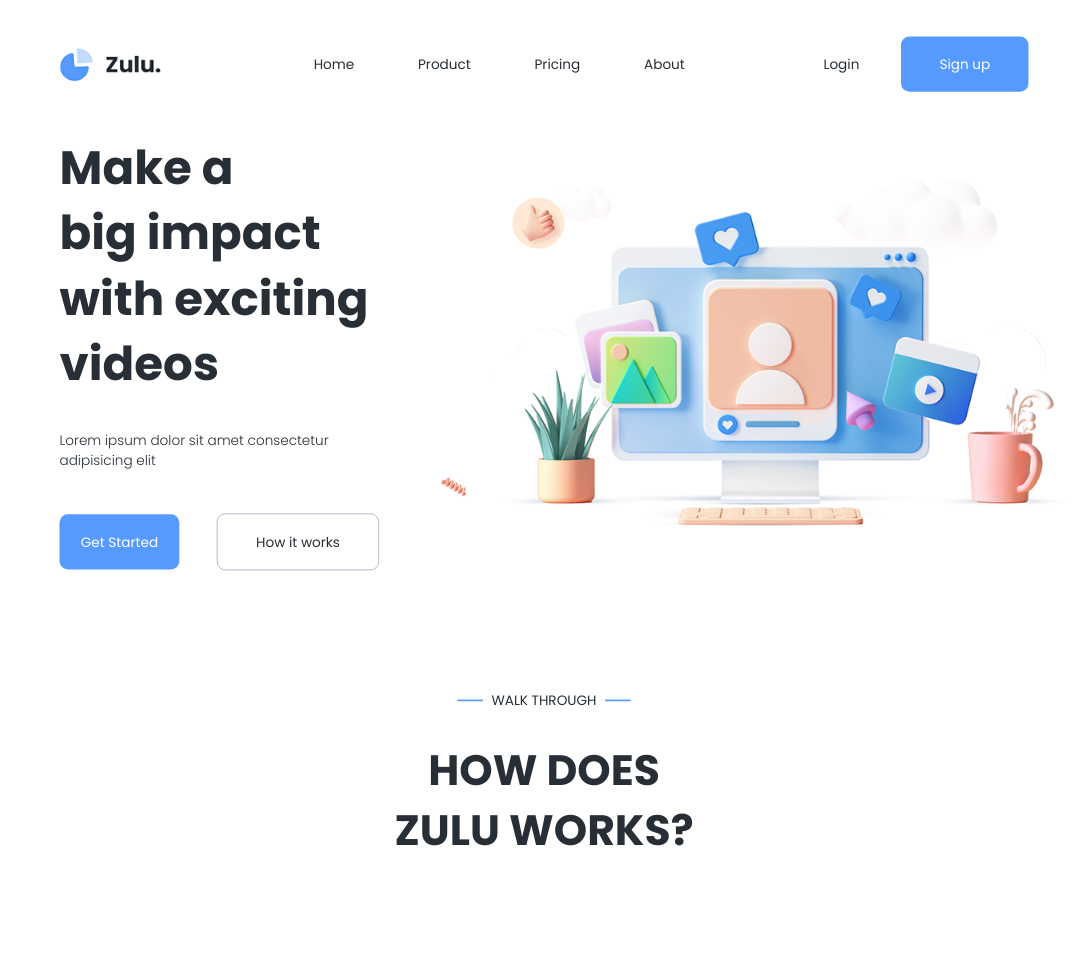
Repository: baodien1405/zulu-landing-page
Page: index.html
These files come from the project's save history. The page is drawn as it stood at one moment and after the next save; the edit follows.
The browser window is 1280 px wide. The pictures show the whole page, at 85% of full size.
The style sheet was rebuilt from its Sass, Less or Tailwind sources for each picture, by a compiler version that may differ from the author's.

Above is the page before, as saved 2021-06-22 16:40:53.

### index.html
<!DOCTYPE html>
<html lang="en">
<head>
  <meta charset="UTF-8">
  <meta http-equiv="X-UA-Compatible" content="IE=edge">
  <meta name="viewport" content="width=device-width, initial-scale=1.0">
  <link rel="preconnect" href="https://fonts.gstatic.com">
  <link href="https://fonts.googleapis.com/css2?family=Poppins:wght@300;400;600;700&display=swap" rel="stylesheet">
  <link rel="stylesheet" href="./styles.css">
  <title>Zulu</title>
</head>
<body>
  <div class="wrapper">
    <div class="container">
      <!-- Header -->
      <header class="header">
        <a href="index.html" class="header-logo">
          <img src="/images/logo.png" alt="" class="header-logo-image">
        </a>
        <ul class="header-menu">
          <li class="header-menu-item">
            <a href="#" class="header-menu-link">Home</a>
          </li>
          <li class="header-menu-item">
            <a href="#" class="header-menu-link">Product</a>
          </li>
          <li class="header-menu-item">
            <a href="#" class="header-menu-link">Pricing</a>
          </li>
          <li class="header-menu-item">
            <a href="#" class="header-menu-link">About</a>
          </li>
        </ul>
        <div class="header-auth">
          <a href="#" class="button">Login</a>
          <a href="#" class="button button--primary">Sign up</a>
        </div>
      </header>

      <!-- Banner -->
      <section class="banner">
        <div class="banner-info">
          <h1 class="banner-heading">
            <span>Make a</span> <span>big impact</span> <span>with exciting</span> <span>videos</span>
          </h1>
          <p class="banner-desc">
            Lorem ipsum dolor sit amet consectetur adipisicing elit
          </p>
          <div class="banner-links">
            <a href="#" class="button button--primary">Get Started</a>
            <a href="#" class="button button--outline">How it works</a>
          </div>
        </div>
        <img src="./images/img1.png" alt="" class="banner-image">
      </section>

      <!-- Work  -->
      <section class="work">
        <div class="block">
          <span class="block-caption">Walk Through</span>
          <h2 class="block-heading"><span>How does</span> <span>Zulu works?</span></h2>
        </div>
        <div class="work-list">
          <div class="work-item">
            <img src="" alt="" class="work-image">
          </div>
        </div>
      </section>
    </div>
  </div>
</body>
</html>

### styles.scss
@import "variables";
@import "global";
@import "header";
@import "banner";
@import "work";

### _variables.scss
$gray-dark: #272e35;
$gray-blur: #a5b2c3;
$primary-color: #579aff;

### _global.scss
* {
  margin: 0;
  padding: 0;
  box-sizing: border-box;
}

body {
  overflow-x: hidden;
  color: $gray-dark;
}

img {
  display: block;
  max-width: 100%;
}

a {
  text-decoration: none;
}

body {
  font-family: "Poppins", sans-serif;
  font-size: 16px;
  line-height: 1;
  background-color: #fff;
}

.wrapper {
  max-width: 1440px;
  margin: 0 auto;
}

.container {
  max-width: 1170px;
  padding: 0 15px;
  margin: 0 auto;
}

.button {
  display: inline-block;
  font-size: 16px;
  padding: 20px 45px;
  color: $gray-dark;
  background-color: transparent;
  border-radius: 10px;
  line-height: normal;
  &--primary {
    color: #fff;
    background-color: $primary-color;
  }
  &--outline {
    border: 1px solid $gray-blur;
  }
}

.block {
  text-align: center;
  display: flex;
  align-items: center;
  justify-content: center;
  flex-direction: column;
  margin-bottom: 85px;

  &-caption {
    text-transform: uppercase;
    margin-bottom: 40px;
    position: relative;
    display: inline-block;
    padding: 0 10px;
  }

  &-caption::before {
    left: 0;
    transform: translate(-100%, -50%);
  }

  &-caption::after {
    right: 0;
    transform: translate(100%, -50%);
  }

  &-caption::before,
  &-caption::after {
    position: absolute;
    content: "";
    width: 30px;
    height: 2px;
    background-color: $primary-color;
    top: 50%;
  }

  &-heading {
    text-transform: uppercase;
    font-size: 50px;
    line-height: 1.4;

    span {
      display: block;
    }
  }
}

### _header.scss
.header {
  padding-top: 43px;
  display: flex;
  align-items: center;

  &-logo {
    display: block;
    margin-right: 180px;
  }

  &-menu {
    display: flex;
    align-items: center;
    list-style: none;

    &-item:not(:first-child) {
      margin-left: 75px;
    }

    &-link {
      color: $gray-dark;
      transition: color 0.2s ease-in-out;
      &:hover {
        color: $primary-color;
      }
    }
  }

  &-auth {
    margin-left: auto;
  }
}

### _banner.scss
.banner {
  display: flex;
  align-items: center;
  padding-top: 50px;

  &-info {
    width: 35%;
  }

  &-image {
    width: 65%;
    transform: translateX(50px);
  }

  &-heading {
    font-size: 55px;
    line-height: 1.4;
    margin-bottom: 40px;

    & span {
      display: block;
    }
  }

  &-desc {
    font-weight: 300;
    line-height: 1.5;
    margin-bottom: 50px;
  }

  &-links {
    .button:first-child {
      margin-right: 40px;
      padding-left: 25px;
      padding-right: 25px;
    }
  }
}

### _work.scss
.work {
  padding-top: 145px;
  padding-bottom: 50px;
}

After the next save:
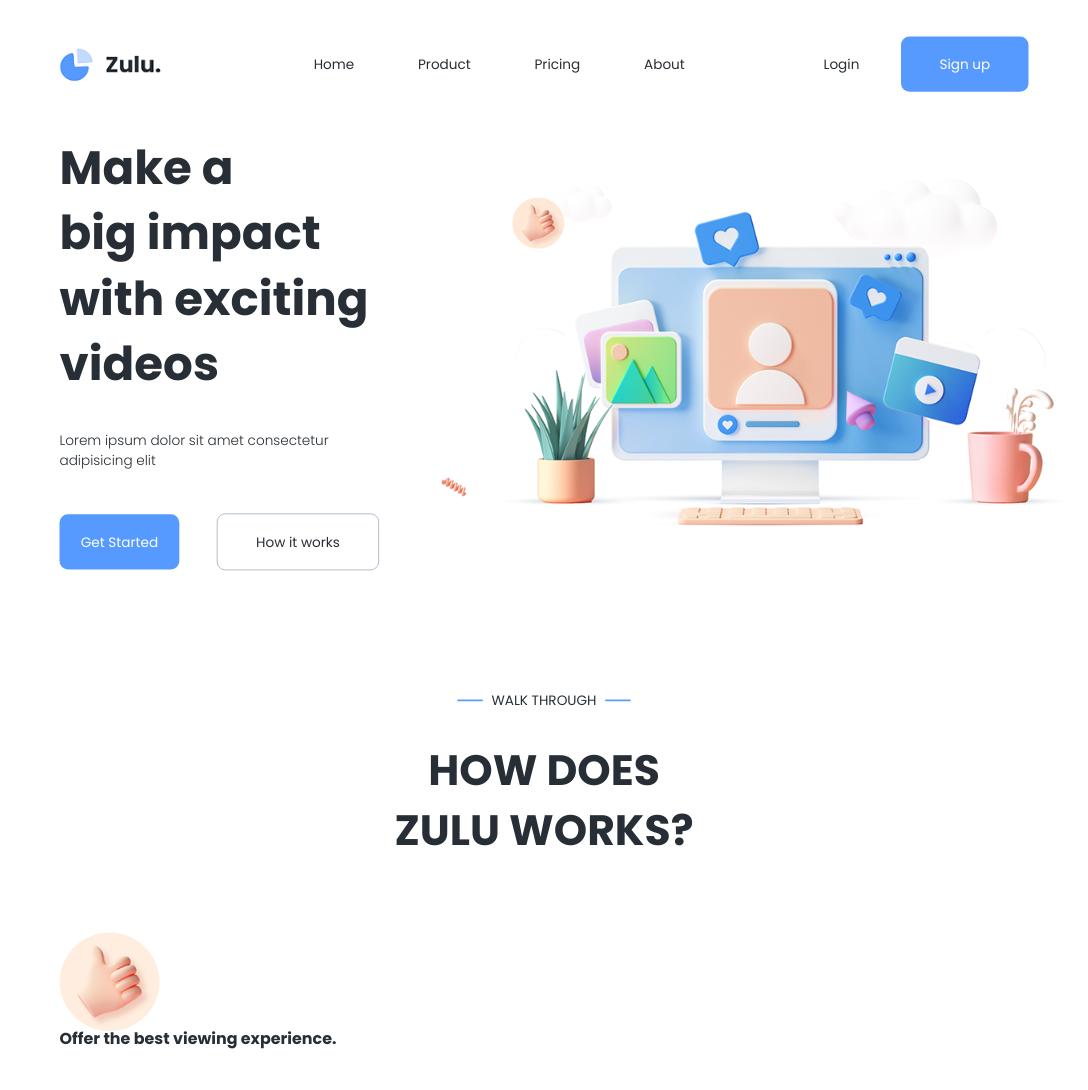
Saved 68 s later.
--- a/index.html
+++ b/index.html
@@ -62,7 +62,8 @@
         </div>
         <div class="work-list">
           <div class="work-item">
-            <img src="" alt="" class="work-image">
+            <img src="./images/img2.png" alt="" class="work-image" />
+            <h3 class="work-title">Offer the best viewing experience.</h3>
           </div>
         </div>
       </section>
